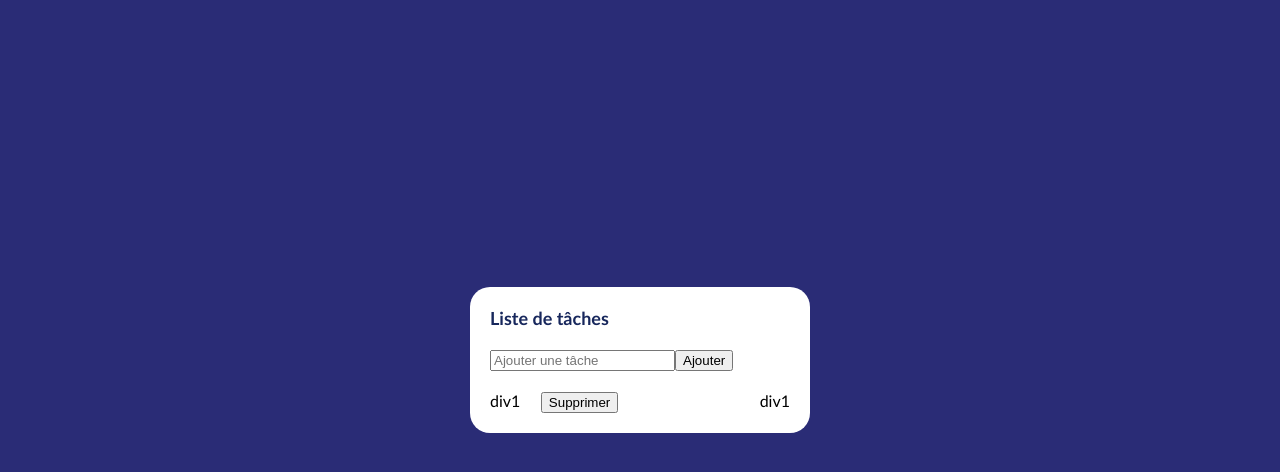
Repository: ndiemenguer/convertisseur
Page: / (app in todo-isep/)
An editor plug-in stored every save of this project. The page is shown before and after the next save, followed by the edit.
The browser window is 1280 px wide. The pictures show the whole page.
The project was rebuilt for these pictures with package versions that can differ from the ones it lists, and the page was loaded fresh each time. Also part of the build but not shown: todo-isep/vite.config.js, todo-isep/src/Application.jsx, todo-isep/src/index.css.

Above is the page before, as saved 2023-05-06 12:18:49.

After the next save:
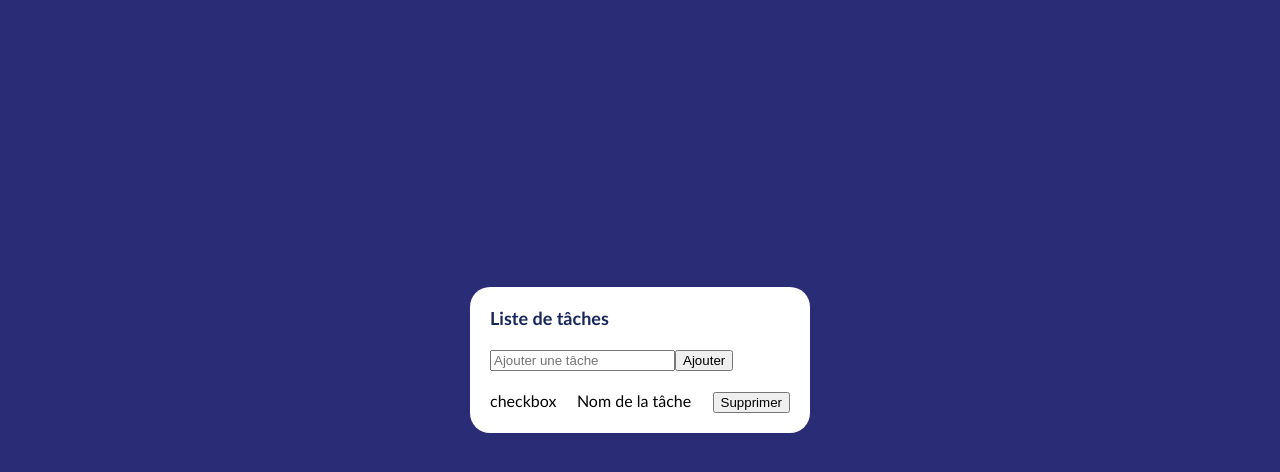
Saved 24 s later.
--- a/todo-isep/src/App.jsx
+++ b/todo-isep/src/App.jsx
@@ -11,10 +11,10 @@ function App() {
         </div>
         <div className="todo-list">
           <div className="todo-box">
+            <div>checkbox &nbsp;&nbsp;&nbsp; Nom de la tâche</div>
             <div>
-              div1 &nbsp;&nbsp;&nbsp; <button>Supprimer</button>
+              <button>Supprimer</button>
             </div>
-            <div>div1</div>
           </div>
         </div>
       </main>
